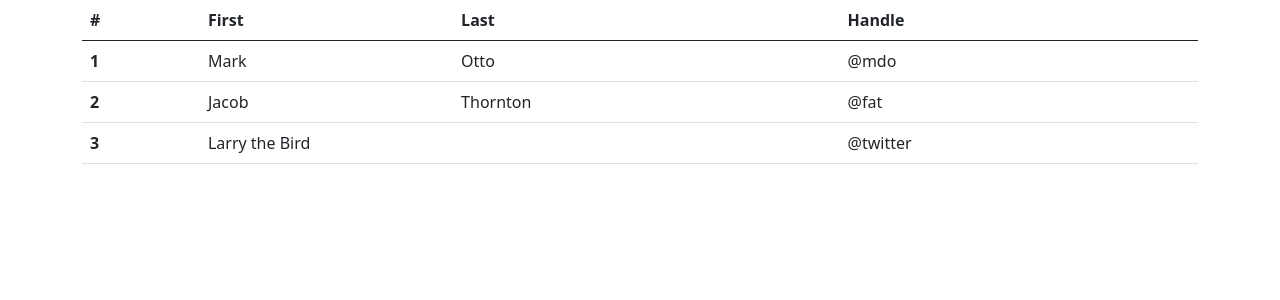
Repository: Syeda-Somiya-Tasnim/ClassCrud
Page: http://localhost/display.php
The author's editor kept a copy of each file at every save. The page is drawn from the files as they stood at one save, then again after the next save.
The browser window is 1280 px wide. The pictures show the whole page.
The page is run by PHP 8.4 with error messages shown; the project is at /var/www/html/.

Above is the page before, as saved 2021-10-22 21:09:48.

After the next save:
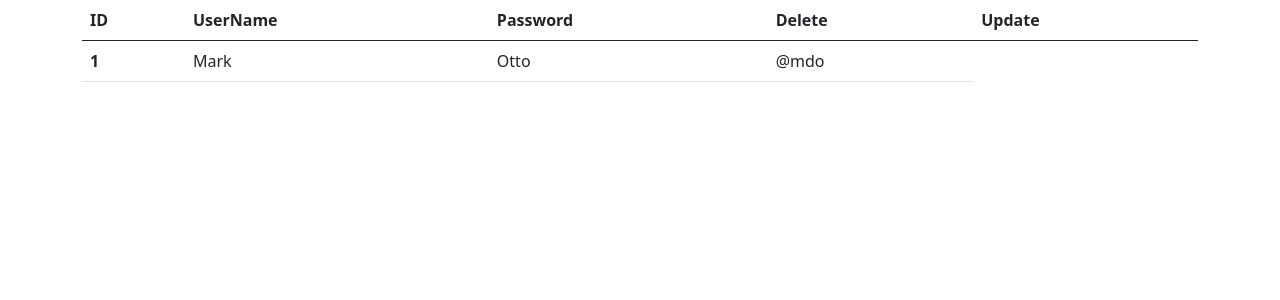
Saved 4 min 17 s later.
--- a/display.php
+++ b/display.php
@@ -14,12 +14,14 @@
         <div class="row">
             <div class="col-lg-12">
                 <table class="table">
-                    <thead>
+                    <thead class="thead-dark">
                         <tr>
-                            <th scope="col">#</th>
-                            <th scope="col">First</th>
-                            <th scope="col">Last</th>
-                            <th scope="col">Handle</th>
+                            <th scope="col">ID</th>
+                            <th scope="col">UserName</th>
+                            <th scope="col">Password</th>
+                            <th scope="col">Delete</th>
+                            <th scope="col">Update</th>
+
                         </tr>
                     </thead>
                     <tbody>
@@ -29,17 +31,8 @@
                             <td>Otto</td>
                             <td>@mdo</td>
                         </tr>
-                        <tr>
-                            <th scope="row">2</th>
-                            <td>Jacob</td>
-                            <td>Thornton</td>
-                            <td>@fat</td>
-                        </tr>
-                        <tr>
-                            <th scope="row">3</th>
-                            <td colspan="2">Larry the Bird</td>
-                            <td>@twitter</td>
-                        </tr>
+
+
                     </tbody>
                 </table>
             </div>
